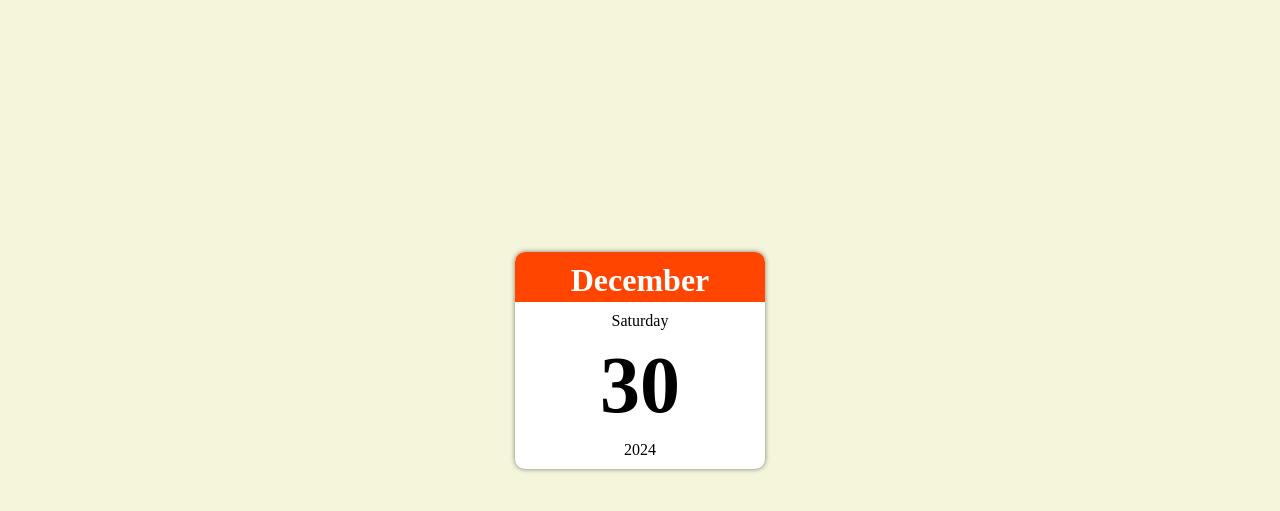
Repository: JunaidAnsari202/Mini-Calender
Page: index.html
These files come from the project's save history. The page is drawn as it stood at one moment and after a run of saves; the edit follows.
The browser window is 1280 px wide. The pictures show the whole page.

Above is the page before, as saved 2024-11-10 12:02:47.
Console error: SyntaxError: Unexpected token '{'

After the next 3 saves:
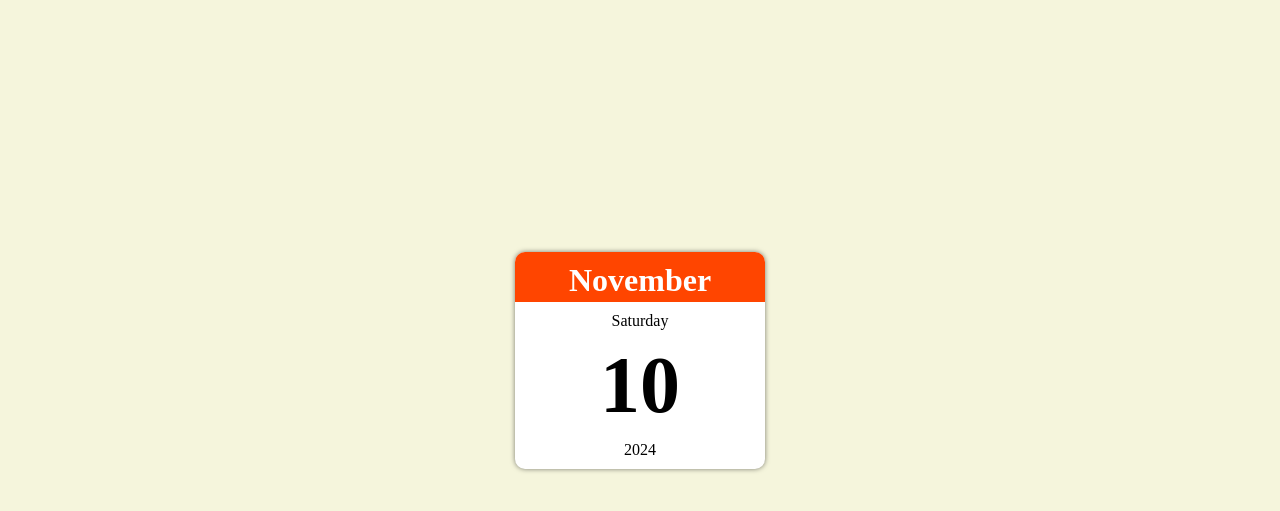
The error is gone.
The 3 saves are shown as one change because they came seconds apart.
The last was saved 13 s later.
--- a/script.js
+++ b/script.js
@@ -7,5 +7,5 @@ window.addEventListener("DOMContentLoaded",()=>{
     const date= new Date();
     day.textContent=date.getDate();
     year.textContent=date.getFullYear();
-    month.textContent=date.toLocaleDateString("en-US",{month:"long"{)}
+    month.textContent=date.toLocaleDateString("en-US",{month:"long"})
 })
